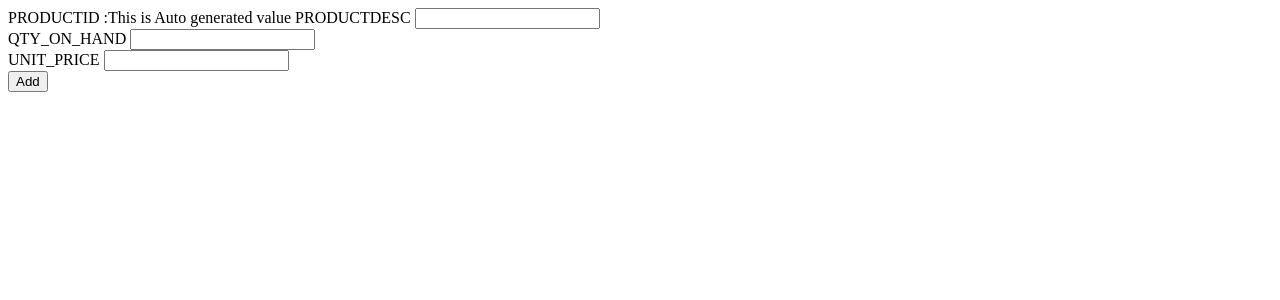
Repository: deevanshu07/Projects
Page: http://localhost/Assignment2_Dynamic/Addproduct.jsp
The author's editor kept a copy of each file at every save. The page is drawn from the files as they stood at one save, then again after the next save.
The browser window is 1280 px wide. The pictures show the whole page.
The page is served by Tomcat 9. Other server files are loaded and not shown.

Above is the page before, as saved 2015-03-21 05:23:53.

### BOOT_CAMP_PROJECTS/Deevanshu1/Assignment2_Dynamic/WebContent/Addproduct.jsp
<%@ page language="java" contentType="text/html; charset=ISO-8859-1"
    pageEncoding="ISO-8859-1"%>
<!DOCTYPE html PUBLIC "-//W3C//DTD HTML 4.01 Transitional//EN" "http://www.w3.org/TR/html4/loose.dtd">
<html>
<head>
<meta http-equiv="Content-Type" content="text/html; charset=ISO-8859-1">
<title>Insert title here</title>
</head>
<body>
<form action="Addproduct">
PRODUCTID   :This is Auto generated value
PRODUCTDESC <input type="text" name="productDesc"/><br/>
QTY_ON_HAND  <input type="text" name="qty_on_hand"/><br/>
UNIT_PRICE	 <input type="text" name="unit_price"/><br/>
<input type="submit" value="Add"/>
</form>
</body>
</html>

After the next save:
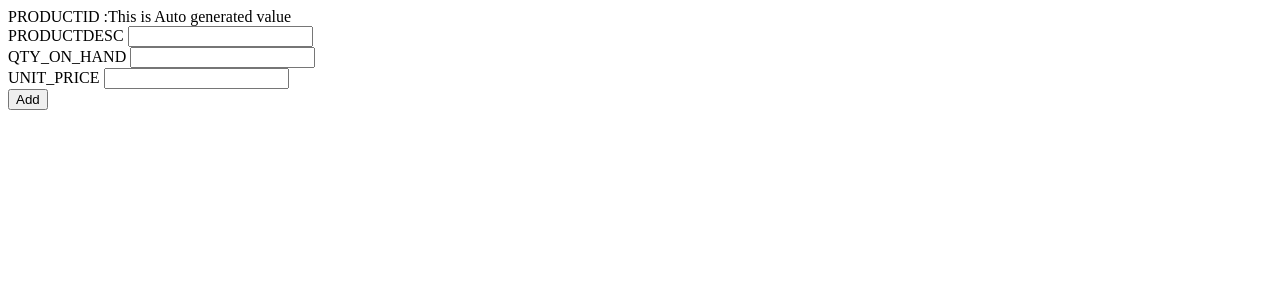
Saved 82 s later.
--- a/BOOT_CAMP_PROJECTS/Deevanshu1/Assignment2_Dynamic/WebContent/Addproduct.jsp
+++ b/BOOT_CAMP_PROJECTS/Deevanshu1/Assignment2_Dynamic/WebContent/Addproduct.jsp
@@ -8,7 +8,7 @@
 </head>
 <body>
 <form action="Addproduct">
-PRODUCTID   :This is Auto generated value
+PRODUCTID   :This is Auto generated value<br/>
 PRODUCTDESC <input type="text" name="productDesc"/><br/>
 QTY_ON_HAND  <input type="text" name="qty_on_hand"/><br/>
 UNIT_PRICE	 <input type="text" name="unit_price"/><br/>
